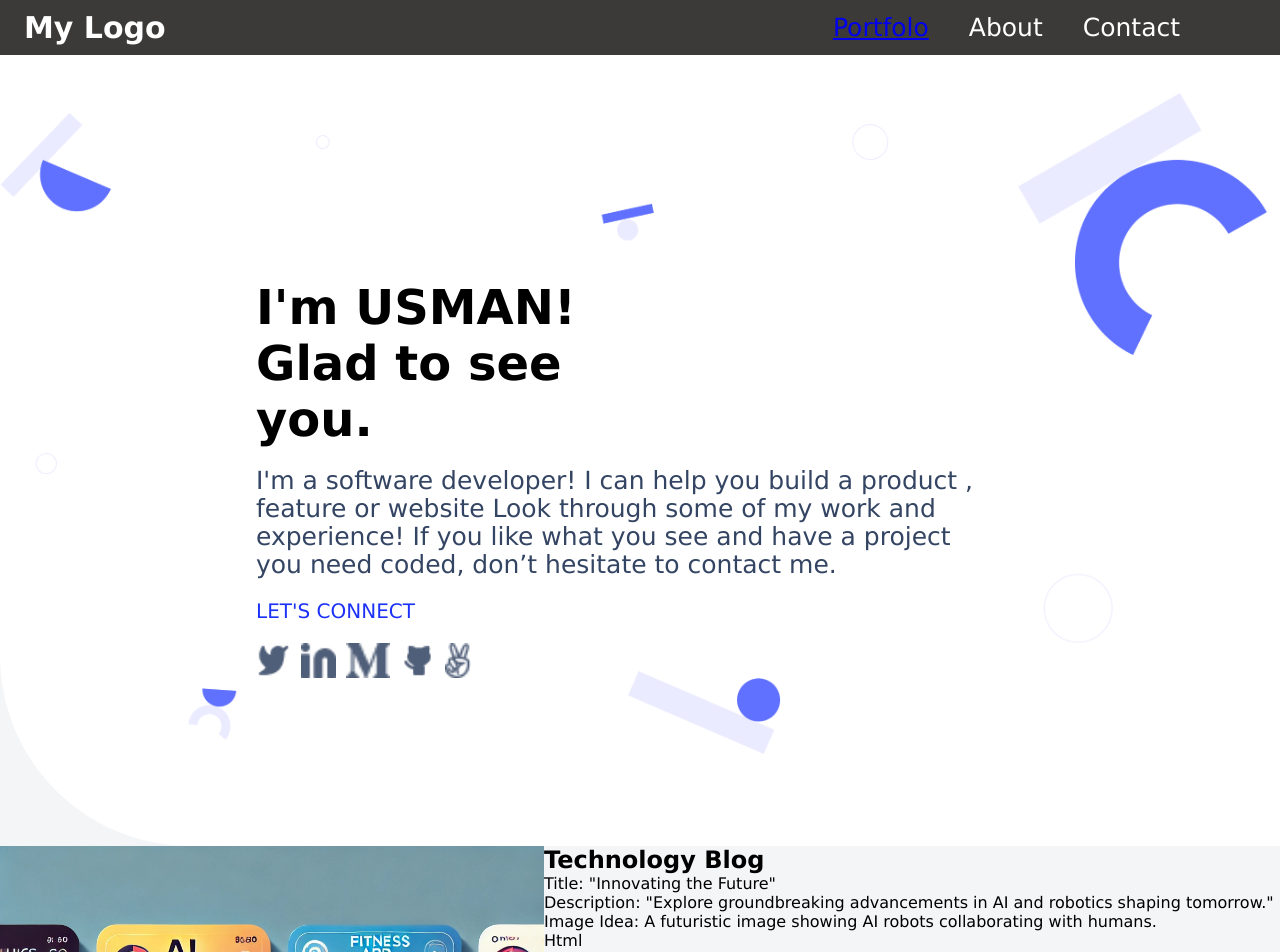
Repository: usman3123/portfolio-template-3
Page: portfolio.html
An editor plug-in stored every save of this project. The page is shown before and after the next save, followed by the edit.
The browser window is 1280 px wide. The pictures show the part of the page from y = 0 to 952 px (the page is 2750 px tall before and 2770 px after).
A picture or video elsewhere on the page could not be fetched, so the positions and the page height are approximate. Some web libraries are served in a nearby version.

Above is the page before, as saved 2025-01-25 00:04:53.

After the next save:
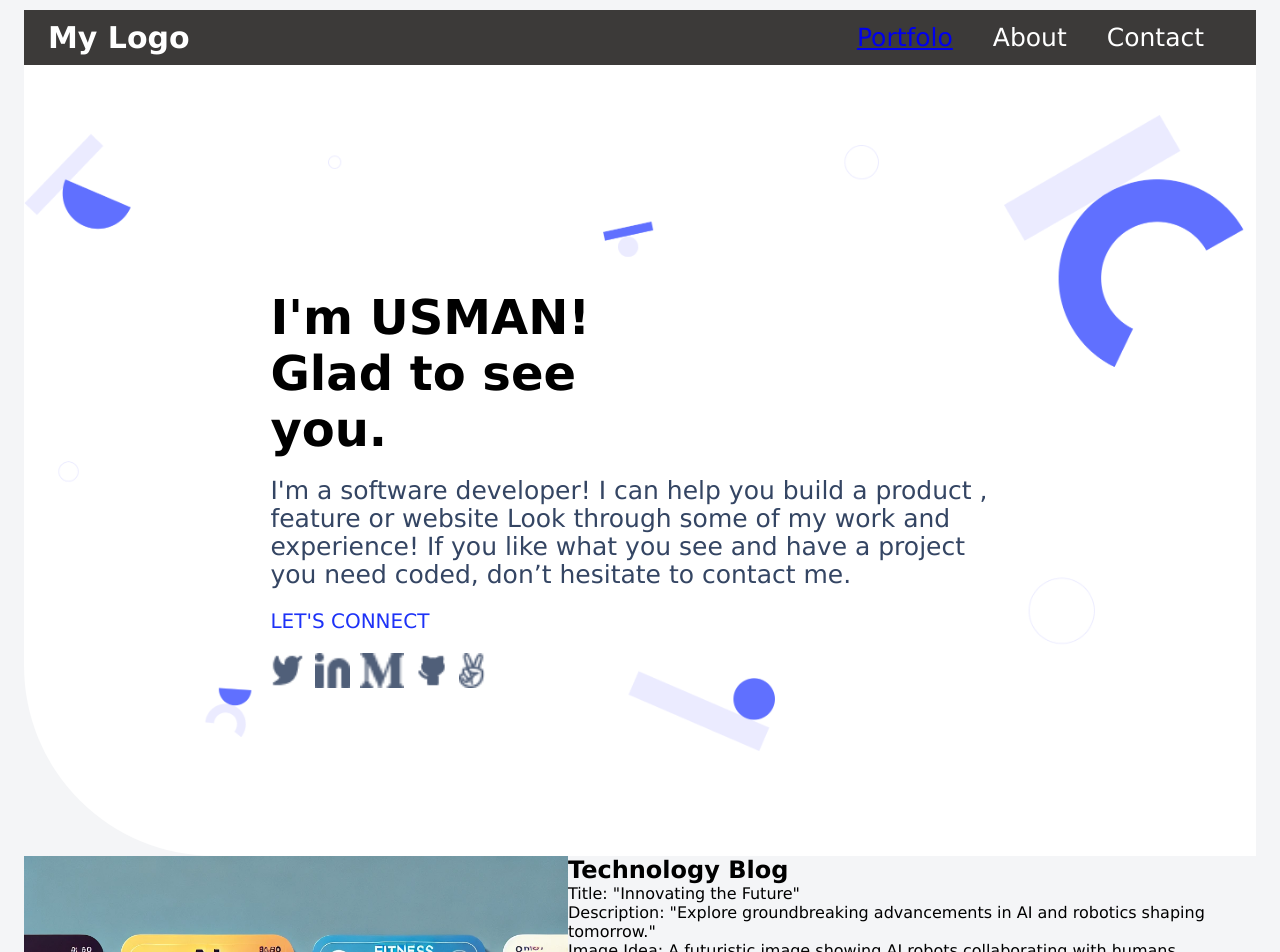
Saved 56 s later.
--- a/style.css
+++ b/style.css
@@ -42,6 +42,10 @@ body {
 .nav-icon {
     display: flex;
     width: 24px;
+}
+
+.webpage {
+    padding: 10px 24px;
 }
 
 /* hero-section */
